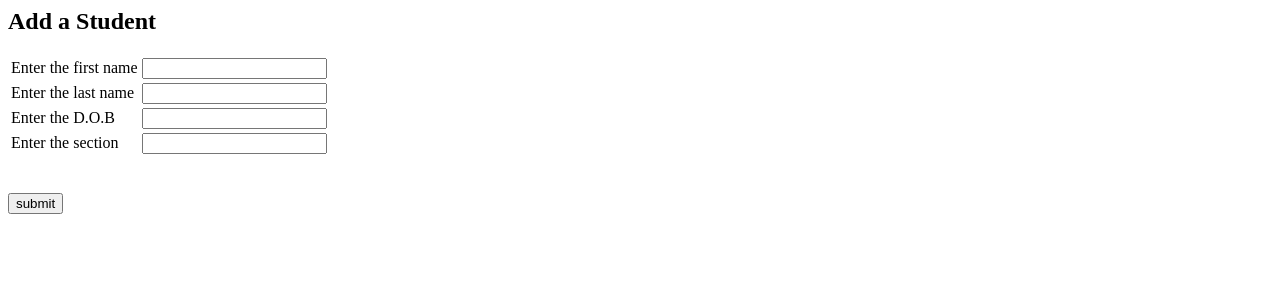
Repository: anithagnana123/Simplilearn_Phase2_project
Page: http://localhost/phase2-project/addstudent
The author's editor kept a copy of each file at every save. The page is drawn from the files as they stood at one save, then again after the next save.
The browser window is 1280 px wide. The pictures show the whole page.
The page is served by Tomcat 9. Other server files are loaded and not shown.

Above is the page before, as saved 2022-10-23 16:24:00.

### phase2-project/src/main/java/com/simplilearn/workshop/AddStudentServlet.java
package com.simplilearn.workshop;

import java.io.IOException;
import java.io.PrintWriter;

import javax.servlet.ServletException;
import javax.servlet.annotation.WebServlet;
import javax.servlet.http.HttpServlet;
import javax.servlet.http.HttpServletRequest;
import javax.servlet.http.HttpServletResponse;

/**
 * Servlet implementation class AddStudent
 */
@WebServlet("/addstudent")
public class AddStudentServlet extends HttpServlet {
	private static final long serialVersionUID = 1L;

	/**
	 * @see HttpServlet#doGet(HttpServletRequest request, HttpServletResponse response)
	 */
	protected void doGet(HttpServletRequest request, HttpServletResponse response) throws ServletException, IOException {

		 response.setContentType("text/html");

		 PrintWriter out = response.getWriter();

			    out.println("<form action='test' method='get'>");
				out.println("<h2>Add a Student</h2>");
				out.println("<table>");
				out.println("<tr>");
			    out.println("<td>Enter the first name</td>");
				out.println("<td> <input type='text' name='firstName'> </td>");
				out.println("</tr>");
				out.println("<tr>");
			    out.println("<td>Enter the last name</td>");
				out.println("<td> <input type='text' name='lastName'> </td>");
				out.println("</tr>");
				out.println("<tr>");
				out.println("<td>Enter the D.O.B</td>");
				out.println("<td> <input type='text' name='dateOfBirth'> </td>");
				out.println("</tr>");
				out.println("</tr>");
				out.println("<td>Enter the section</td>");
				out.println("<td> <input type='text' name='class_sec'> </td>");
				out.println("</tr>");
				out.println("</table>");
				out.println("<br> <br> <input type='submit' value='submit'/>");
				out.println("<input type='hidden' name='operation' value='addstudent'/>");
			    out.println("</form>");

	}

}

After the next save:
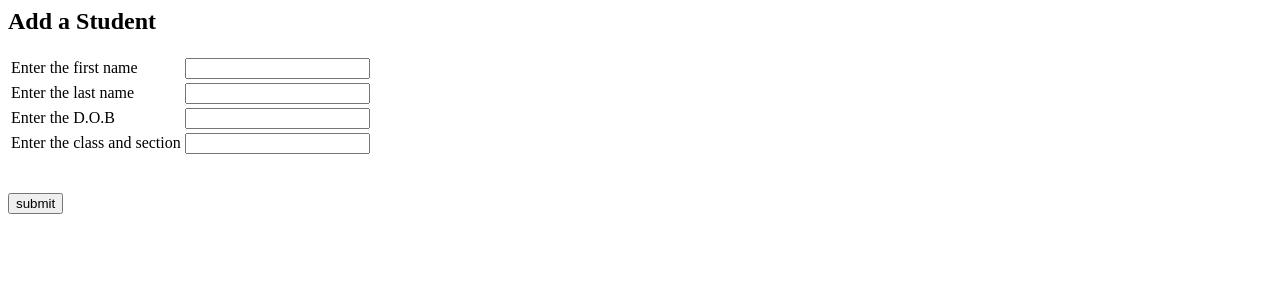
Saved 31 s later.
--- a/phase2-project/src/main/java/com/simplilearn/workshop/AddStudentServlet.java
+++ b/phase2-project/src/main/java/com/simplilearn/workshop/AddStudentServlet.java
@@ -40,8 +40,8 @@ public class AddStudentServlet extends HttpServlet {
 				out.println("<td>Enter the D.O.B</td>");
 				out.println("<td> <input type='text' name='dateOfBirth'> </td>");
 				out.println("</tr>");
-				out.println("</tr>");
-				out.println("<td>Enter the section</td>");
+				out.println("<tr>");
+				out.println("<td>Enter the class and section</td>");
 				out.println("<td> <input type='text' name='class_sec'> </td>");
 				out.println("</tr>");
 				out.println("</table>");
